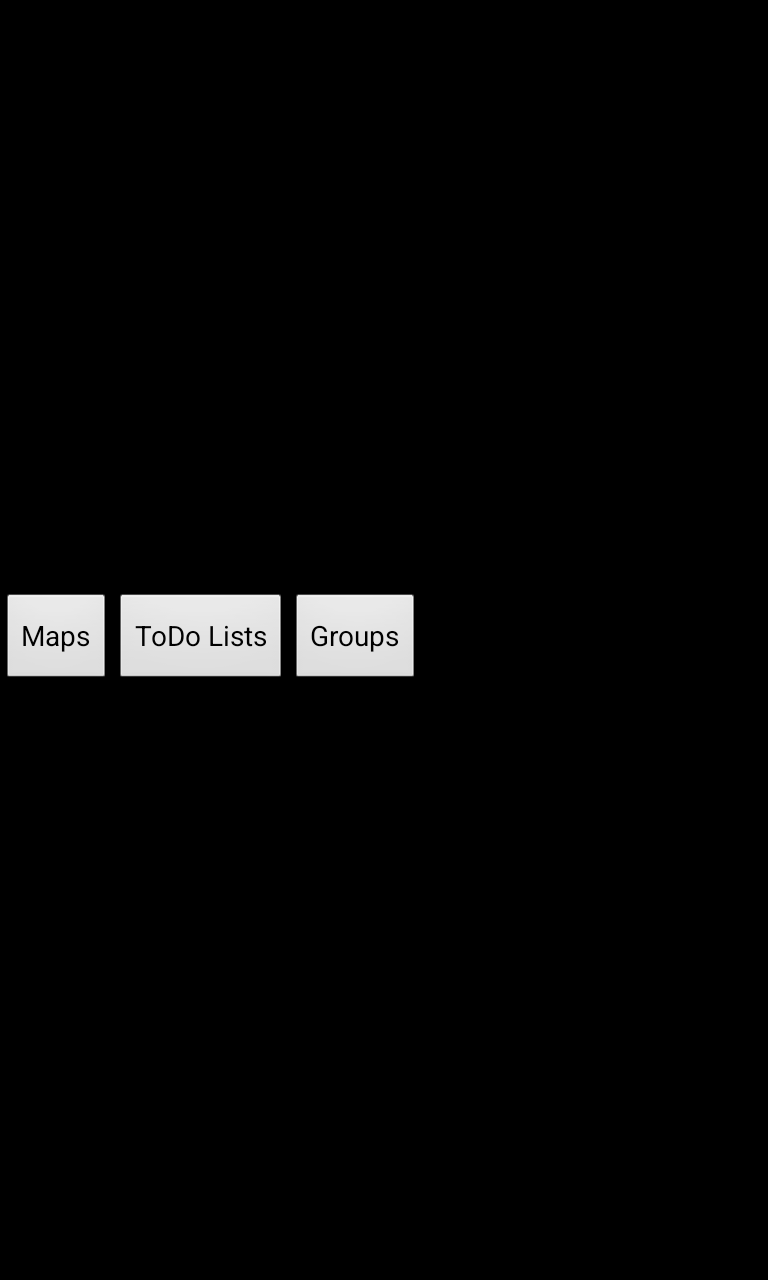
Repository: hilfialkaff/todo
Layout: ToDo_Replica/res/layout/main.xml
The author's editor kept a copy of each file at every save. The layout is drawn from the files as they stood at one save, then again after the next save.
It is drawn on a 768 x 1280 px phone screen (xhdpi) without system bars, with theme CustomTheme; the app's code is not run.

Above is the layout before, as saved 2011-03-17 23:22:33.

### ToDo_Replica/res/layout/main.xml
<?xml version="1.0" encoding="utf-8"?>
<RelativeLayout
	xmlns:android="http://schemas.android.com/apk/res/android"
    android:layout_width="fill_parent"
    android:layout_height="fill_parent"
    android:gravity="center_vertical">
    <ImageView
		android:id="@+id/iv_background"
		android:layout_width="wrap_content"
		android:layout_height="wrap_content">
	</ImageView>
	<Button
		android:id="@+id/b_maps"
		android:layout_width="wrap_content"
		android:layout_height="wrap_content"
		android:text="Maps">
	</Button>
	<Button
		android:id="@+id/b_todo_lists"
		android:layout_width="wrap_content"
		android:layout_height="wrap_content"
		android:text="ToDo Lists"
		android:layout_toRightOf="@+id/b_maps">
	</Button>
	<Button
		android:id="@+id/b_groups"
		android:layout_width="wrap_content"
		android:layout_height="wrap_content"
		android:text="Groups"
		android:layout_toRightOf="@+id/b_todo_lists">
	</Button>
</RelativeLayout>

### ToDo_Replica/res/values/custom_style.xml
<?xml version="1.0" encoding="UTF-8"?>
<resources>
    <style name="CustomWindowTitleBackground" parent="android:WindowTitleBackground">
        <item name="android:background">@android:color/transparent</item>
    </style>
    <style name="CustomTheme" parent="android:Theme">
        <item name="android:windowTitleSize">50px</item>
        <item name="android:windowTitleBackgroundStyle">@style/CustomWindowTitleBackground</item>
    </style>
</resources>

After the next save:
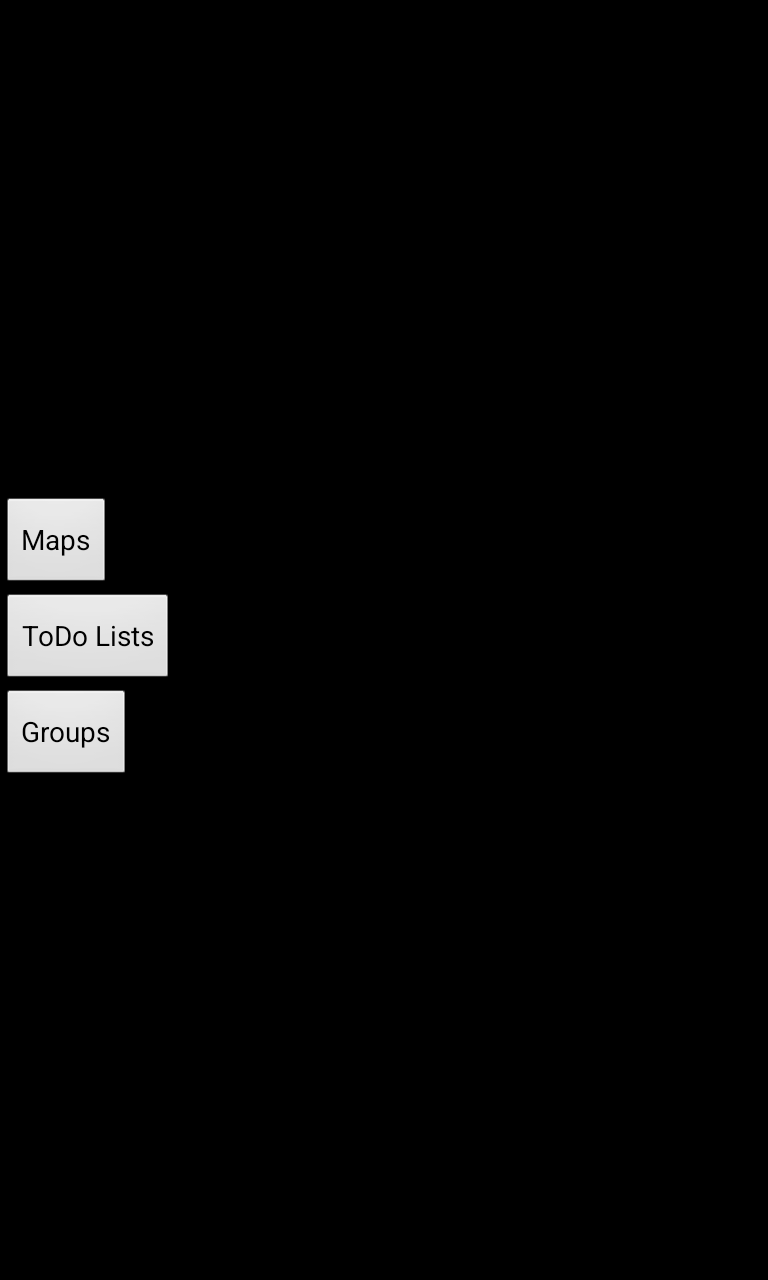
Saved 76 s later.
--- a/ToDo_Replica/res/layout/main.xml
+++ b/ToDo_Replica/res/layout/main.xml
@@ -20,13 +20,13 @@
 		android:layout_width="wrap_content"
 		android:layout_height="wrap_content"
 		android:text="ToDo Lists"
-		android:layout_toRightOf="@+id/b_maps">
+		android:layout_below="@+id/b_maps">
 	</Button>
 	<Button
 		android:id="@+id/b_groups"
 		android:layout_width="wrap_content"
 		android:layout_height="wrap_content"
 		android:text="Groups"
-		android:layout_toRightOf="@+id/b_todo_lists">
+		android:layout_below="@+id/b_todo_lists">
 	</Button>
 </RelativeLayout>
